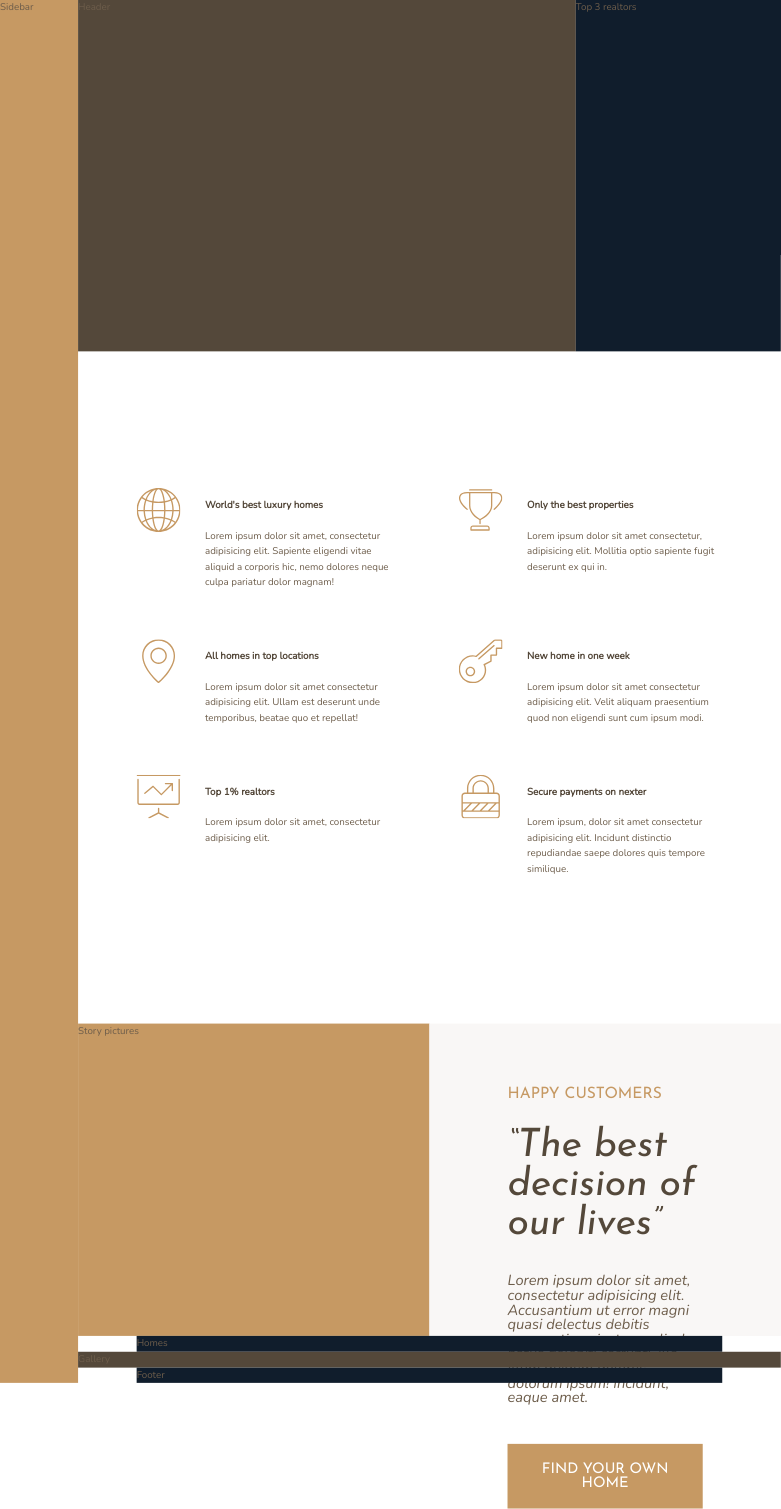
Repository: achwesiuk/nexter
Page: index.html
An editor plug-in stored every save of this project. The page is shown before and after the next save, followed by the edit.
The browser window is 1280 px wide. The pictures show the whole page, at 61% of full size.
The style sheet was rebuilt from its Sass, Less or Tailwind sources for each picture, by a compiler version that may differ from the author's.

Above is the page before, as saved 2021-02-23 11:21:39.

### index.html
<!DOCTYPE html>
<html lang="en">
    <head>
        <meta charset="UTF-8">
        <meta name="viewport" content="width=device-width, initial-scale=1.0">
        <meta http-equiv="X-UA-Compatible" content="ie=edge">

        <link href="https://fonts.googleapis.com/css?family=Josefin+Sans:300,400,400i|Nunito:300,300i" rel="stylesheet">
        <link rel="stylesheet" href="css/style.css">
        <link rel="shortcut icon" type="image/png" href="img/favicon.png">

        <title>nexter &mdash; your home, your freedom</title>
    </head>
    <body class="container">
        <div class="sidebar">
            Sidebar
        </div>

        <header class="header">
            Header
        </header>

        <div class="realtors">
            Top 3 realtors
        </div>

        <section class="features">
            <div class="feature">
                <svg class="feature__icon">
                    <use xlink:href="img/sprite.svg#icon-global"></use>
                </svg>
                <h4 class="heading-4--dark">World's best luxury homes</h4>
                <p class="feature-text">Lorem ipsum dolor sit amet, consectetur adipisicing elit. Sapiente eligendi vitae aliquid a corporis hic, nemo dolores neque culpa pariatur dolor magnam!</p>
            </div>
            <div class="feature">
                <svg class="feature__icon">
                    <use xlink:href="img/sprite.svg#icon-trophy"></use>
                </svg>
                <h4 class="heading-4--dark">Only the best properties</h4>
                <p class="feature-text">Lorem ipsum dolor sit amet consectetur, adipisicing elit. Mollitia optio sapiente fugit deserunt ex qui in.</p>
            </div>
            <div class="feature">
                <svg class="feature__icon">
                    <use xlink:href="img/sprite.svg#icon-map-pin"></use>
                </svg>
                <h4 class="heading-4--dark">All homes in top locations</h4>
                <p class="feature-text">Lorem ipsum dolor sit amet consectetur adipisicing elit. Ullam est deserunt unde temporibus, beatae quo et repellat!</p>
            </div>
            <div class="feature">
                <svg class="feature__icon">
                    <use xlink:href="img/sprite.svg#icon-key"></use>
                </svg>
                <h4 class="heading-4--dark">New home in one week</h4>
                <p class="feature-text">Lorem ipsum dolor sit amet consectetur adipisicing elit. Velit aliquam praesentium quod non eligendi sunt cum ipsum modi.</p>
            </div>
            <div class="feature">
                <svg class="feature__icon">
                    <use xlink:href="img/sprite.svg#icon-presentation"></use>
                </svg>
                <h4 class="heading-4--dark">Top 1% realtors</h4>
                <p class="feature-text">Lorem ipsum dolor sit amet, consectetur adipisicing elit.</p>
            </div>
            <div class="feature">
                <svg class="feature__icon">
                    <use xlink:href="img/sprite.svg#icon-lock"></use>
                </svg>
                <h4 class="heading-4--dark">Secure payments on nexter</h4>
                <p class="feature-text">Lorem ipsum, dolor sit amet consectetur adipisicing elit. Incidunt distinctio repudiandae saepe dolores quis tempore similique.</p>
            </div>
        </section>

        <div class="story__pictures">
            Story pictures
        </div>

        <div class="story__content">
            <h3 class="heading-3 mb-sm">Happy Customers</h3>
            <h2 class="heading-2 heading-2--dark mb-md">&ldquo;The best decision of our lives&rdquo;</h2>
            <p class="story__text">
                Lorem ipsum dolor sit amet, consectetur adipisicing elit. Accusantium ut error magni quasi delectus debitis praesentium, iusto, explicabo natus deleniti corrupti, illo illum quidem dolores dolorum ipsum! Incidunt, eaque amet.
            </p>
            <button class="btn">Find your own home</button>
        </div>

        <section class="homes">
            Homes
        </section>

        <section class="gallery">
            Gallery
        </section>

        <footer>
            Footer
        </footer>
    </body>
</html>

### sass/main.scss
@import "base";
@import "typography";

@import "sidebar";
@import "header";
@import "realtors";
@import "features";
@import "story";
@import "homes";
@import "gallery";
@import "footer";

### sass/_base.scss
// COLOR VARIABLES
$color-primary: #c69963;
$color-primary-dark: #B28451;

$color-secondary: #101d2c;

$color-grey-light-1: #f9f7f6;
$color-grey-light-2: #aaa;

$color-grey-dark-1: #54483A;
$color-grey-dark-2: #6D5D4B;

// FONT VARIABLES
$font-primary: 'Nunito', sans-serif;
$font-display: 'Josefin Sans', sans-serif;

*,
*::before,
*::after {
    margin: 0;
    padding: 0;
    -webkit-box-sizing: inherit;
            box-sizing: inherit; //dziedziczy po HTML
}

.html {
    -webkit-box-sizing: border-box;
            box-sizing: border-box;
    font-size: 62.5%; // 10px / 16px = 62.5% -> 1rem = 10px
}

body {
    font-family: $font-primary;
    color: $color-grey-dark-2;
    font-weight: 300;
    line-height: 1.6;
}

.container {
    display: grid;
    grid-template-rows: 80vh min-content 40vw repeat(3, min-content); // 1.wiersz - wysokość wiersza jest wartością procentową vh; jest to siatka jawna z jednym wierszem, pozostałe elementy będą dodane w siatce niejawnej (elementy, które nie mają miejsca w siatce jawnej)
    // 2. wiersz - wysokość wiersza uzależniona od zawartej w nim treści
    // 2. auto - domyślne, jeżeli nic nie będzie określone; również dopasowuje się do treści
    // 3. wiersz - wiersz uzależniony od szerokości układu (podczas zmiany szerokości widoku zmieniają się wymiary wiersza - zwęża się, rośnie)
    // 4, 5, 6 - wysokość wiersza uzależnione od jego zawartości
    grid-template-columns: [sidebar-start] 8rem [sidebar-end full-start] minmax(6rem, 1fr) [center-start] repeat(8, [col-start] minmax(min-content, 14rem) [col-end]) [center-end] minmax(6rem, 1fr) [full-end];
}

### sass/_typography.scss
%heading { //extended działa przeciwnie do mixin; selektory (heading-1 etc.) są kopiowane to selektora na górze
    font-family: $font-display;
    font-weight: 400;
}

.heading-1 {
    @extend %heading;
}

.heading-2 {
    @extend %heading;
    font-size: 4rem;
    font-style: italic;
    line-height: 1;

    &--light {color: $color-grey-light-1;}
    &--dark {color: $color-grey-dark-1;}
}

.heading-3 {
    @extend %heading;
    font-size: 1.6rem;
    color: $color-primary;
    text-transform: uppercase;
}

.heading-4 {
    @extend %heading;
    font-size: 1.9rem;

    &--light {color: $color-grey-light-1;}
    &--dark {color: $color-grey-dark-1;}
}

.btn {
    background-color: $color-primary;
    color: #fff;
    border: none;
    border-radius: 0; //z założenia przyciski mają ustawiony jakiś kąt
    font-family: $font-display;
    font-size: 1.5rem;
    text-transform: uppercase;
    padding: 1.8rem 2rem;
    cursor: pointer;

    transition: all .2s;

    &:hover {
        background-color: $color-primary-dark;
    }
}

.mb-sm {margin-bottom: 2rem;}
.mb-md {margin-bottom: 3rem;}
.mb-lg {margin-bottom: 4rem;}
.mb-hg {margin-bottom: 8rem;}

### sass/_sidebar.scss
.sidebar {
    background-color: $color-primary;
    grid-column: sidebar-start / sidebar-end;
    grid-row: 1 / -1;
}

### sass/_header.scss
.header {
    background-color: $color-grey-dark-1;
    grid-column: full-start / col-end 6;
}

### sass/_realtors.scss
.realtors {
    background-color: $color-secondary;
    grid-column: col-start 7 / full-end;
}

### sass/_features.scss
.features {
    grid-column: center-start / center-end;

    margin: 15rem 0;

    display: grid;
    //grid-template-columns: repeat(3, 1fr);
    grid-template-columns: repeat(auto-fit, minmax(25rem, 1fr));
    //grid-template-rows: auto auto; niepotrzebne, ponieważ wiersze i tak układają się w ten sposób
    grid-gap: 6rem;
    align-items: start;
}

.feature {

    display: grid;
    grid-template-columns: min-content 1fr; //min-content odnosi się do wymiarów ikony
    //nie trzeba określać wierszy, mają mieć wielkość zawartej w nich treści
    grid-row-gap: 1.5rem;
    grid-column-gap: 2.5rem;

    &__icon {
        fill: $color-primary;
        width: 4.5rem;
        height: 4.5rem;
        transform: translateY(-1rem);

        //grid-row: 1 / -1; // -1 oznacza koniec JAWNEJ SIATKI, a tutaj jest niejawna
        grid-row: -1 / span 2;
    }

    &__text {
        font-size: 1.7rem;
    }
}

### sass/_story.scss
.story {

    &__pictures {
        background-color: $color-primary;
        grid-column: full-start / col-end 4;
    }

    &__content {
        background-color: $color-grey-light-1;
        grid-column: col-start 5 / full-end;

        padding: 6rem 8rem;
    }

    &__text {
        font-size: 1.5rem;
        font-style: italic;
        line-height: 1;
        margin-bottom: 4rem;
    }
}

### sass/_homes.scss
.homes {
    background-color: $color-secondary;
    grid-column: center-start / center-end;
}

### sass/_gallery.scss
.gallery {
    background-color: $color-grey-dark-1;
    grid-column: full-start / full-end;
}

### sass/_footer.scss
footer {
    background-color: $color-secondary;
    grid-column: center-start / center-end;
}

After the next save:
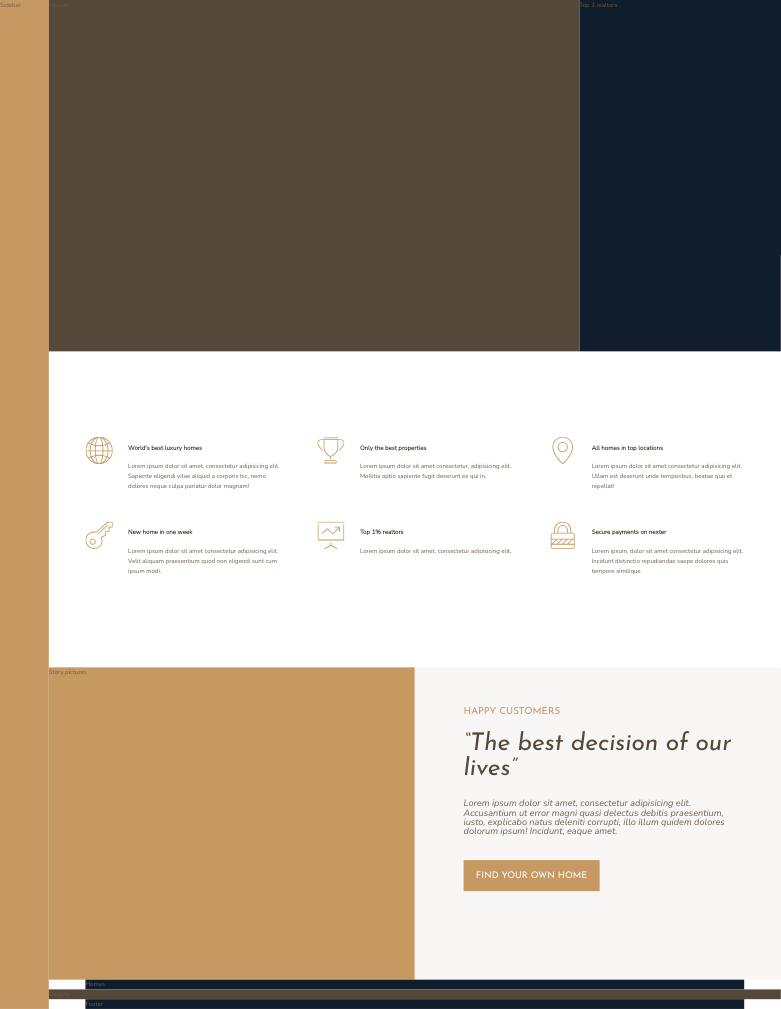
Saved 11 min 33 s later.
--- a/sass/_base.scss
+++ b/sass/_base.scss
@@ -23,7 +23,7 @@
             box-sizing: inherit; //dziedziczy po HTML
 }
 
-.html {
+html {
     -webkit-box-sizing: border-box;
             box-sizing: border-box;
     font-size: 62.5%; // 10px / 16px = 62.5% -> 1rem = 10px
